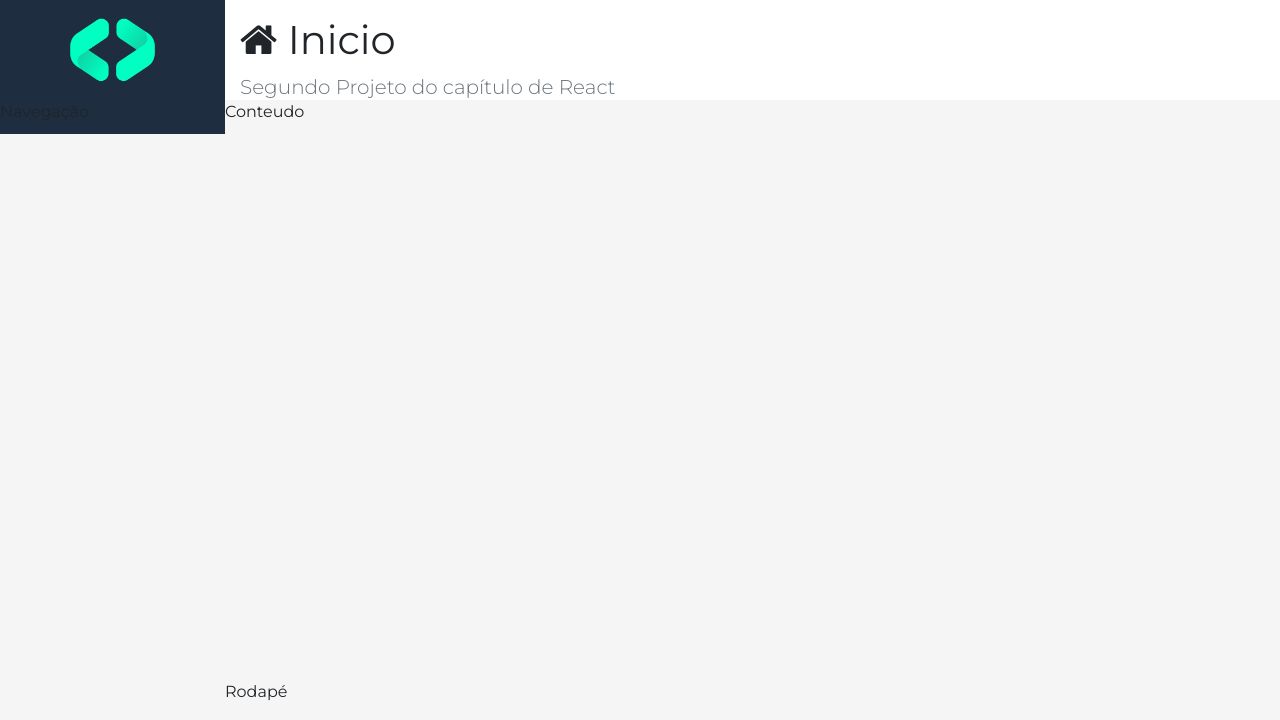
Repository: eversonps/projeto-cadastro-usuarios-firebase
Page: /users (app in frontend/)
The author's editor kept a copy of each file at every save. The page is drawn from the files as they stood at one save, then again after the next save.
The browser window is 1280 px wide. The pictures show the whole page.
The project was rebuilt for these pictures with package versions that can differ from the ones it lists, and the page was loaded fresh each time. Also part of the build but not shown: frontend/src/components/template/nav.css, frontend/src/components/template/footer.css.

Above is the page before, as saved 2022-03-22 13:15:30.

After the next save:
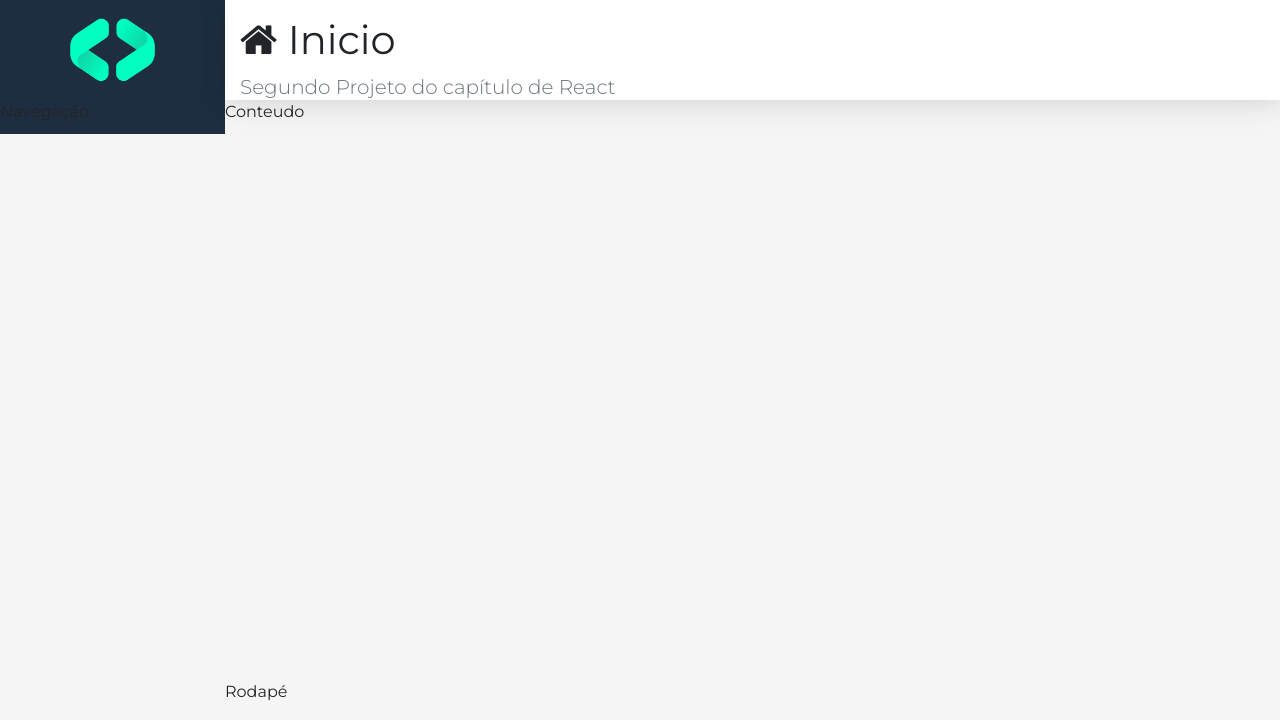
Saved 52 s later.
--- a/frontend/src/components/template/header.css
+++ b/frontend/src/components/template/header.css
@@ -3,4 +3,5 @@ header.header{
     padding: 0px 15px;
     overflow: hidden;
     white-space: nowrap;
+    box-shadow: var(--shadow);
 }
